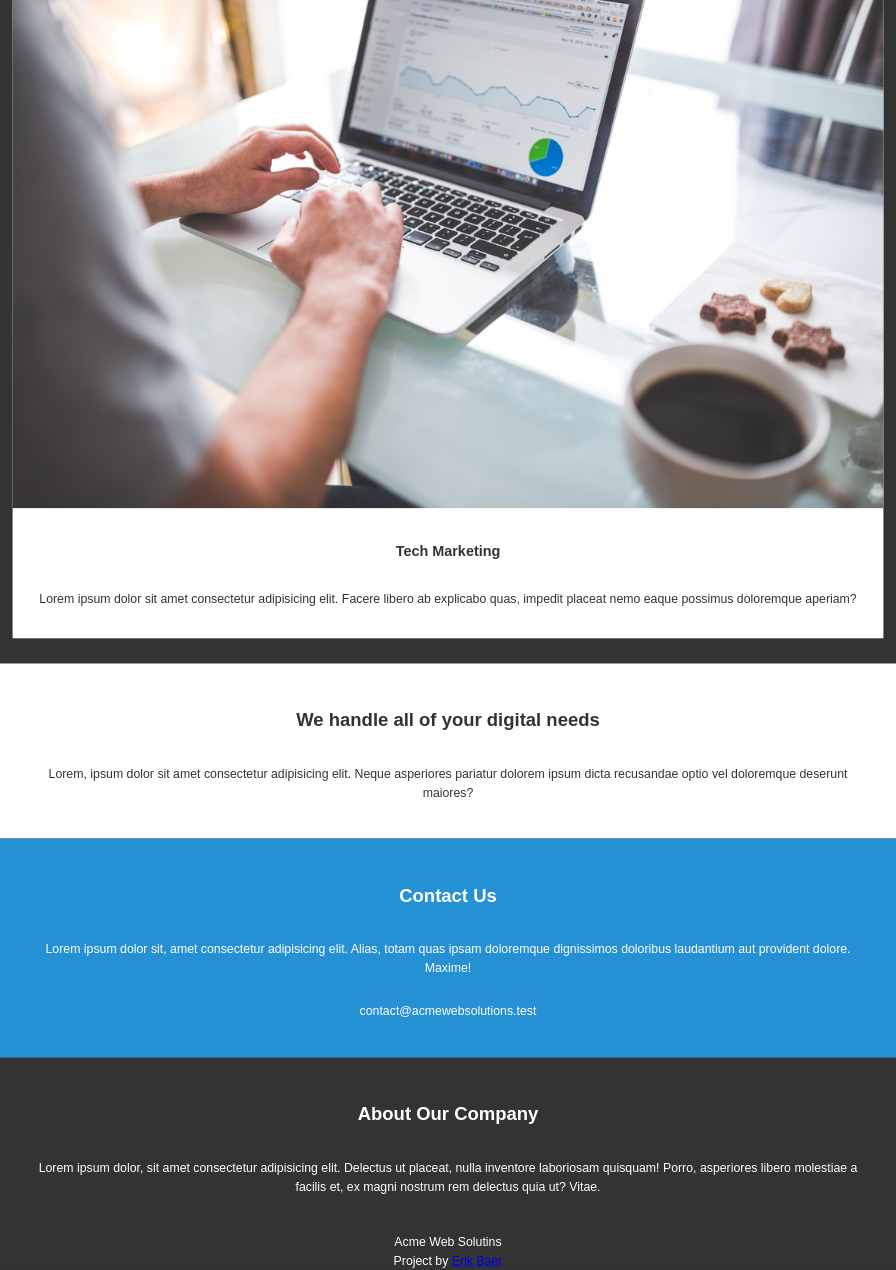
Repository: ErikBaer/MobileFirst
Page: index.html
The author's editor kept a copy of each file at every save. The page is drawn from the files as they stood at one save, then again after the next save.
The browser window is 1280 px wide. The pictures show the part of the page from y = 2867 to 4787 px (the page is 4681 px tall before and 4787 px after), at 70% of full size.

Above is the page before, as saved 2020-02-15 03:20:29.

### index.html
<!DOCTYPE html>
<html lang="en">
<head>
    <meta charset="UTF-8">
    <meta name="viewport" content="width=device-width, initial-scale=1.0">
    <link rel="stylesheet" type="text/css" href="style.css">
    <title>Acme Web Solutions</title>
</head>
<body>
    <!--Header Showcase -->
   <header id="showcase" class="grid">
    <div class="bg-image"></div>
    <div class="content-wrap">
    <h1>Welcome to Acme Web Solutions</h1>
    <p>Lorem ipsum, dolor sit amet consectetur adipisicing elit.
         Consequuntur voluptas sed, rerum voluptatibus facilis
         earum consectetur repellendus? Natus, consequuntur cum!
        </p>
    <a href="#section-b" class="btn">Read More</a>
    </div>
</header>

<!-- Main Area -->

<main id="main">

    <!-- Section A -->

    <section id="section-a" class="grid">
        <div class="content-wrap">
            <h2 class="content-title">Web & Application Development</h2>
            <p>Lorem ipsum dolor sit amet consectetur, adipisicing elit.
                Distinctio, unde, natus excepturi illum maxime animi
                voluptatum tempore, aperiam voluptate sapiente enim quod
                 eligendi illo accusamus vel adipisci? Quos minus eius
                 perspiciatis ut, aliquam quidem ullam minima illo
                 repellendus earum quae.</p>
        </div>
    </section>

    <!-- Section B -->

    <section id="section-b" class="grid">
        <ul>
            <li>
                <div class="card">
                    <img src="./Assets/Coding-Person.jpg" alt="">
                    <div class="card-content">
                        <h3 class="card-title">web Development</h3>
                        <p>Lorem ipsum dolor sit amet consectetur
                            adipisicing elit. Facere libero ab explicabo
                            quas, impedit placeat nemo eaque possimus
                            doloremque aperiam?</p>
                    </div>
                </div>
            </li>
            <li>
                <div class="card">
                    <img src="./Assets/mobile-man.jpg" alt="">
                    <div class="card-content">
                        <h3 class="card-title">Mobile Applications</h3>
                        <p>Lorem ipsum dolor sit amet consectetur
                            adipisicing elit. Facere libero ab explicabo
                            quas, impedit placeat nemo eaque possimus
                            doloremque aperiam?</p>
                    </div>
                </div>
            </li>
            <li>
                <div class="card">
                    <img src="./Assets/charts.jpg" alt="">
                    <div class="card-content">
                        <h3 class="card-title">Tech Marketing</h3>
                        <p>Lorem ipsum dolor sit amet consectetur
                            adipisicing elit. Facere libero ab explicabo
                            quas, impedit placeat nemo eaque possimus
                            doloremque aperiam?</p>
                    </div>
                </div>
            </li>
        </ul>
    </section>

    <!-- Section C -->
    <section id="section-c" class="grid">
        <div class="content-wrap">
            <h2 class="content-title"> We handle all of your digital needs</h2>
            <p>Lorem, ipsum dolor sit amet consectetur adipisicing elit.
                Neque asperiores pariatur dolorem ipsum dicta recusandae
                 optio vel doloremque deserunt maiores?</p>
        </div>
    </section>

    <!-- Section D -->

    <section id="section-d" class="grid">
        <div class="box">
            <h2 class="content-title">Contact Us</h2>
            <p>Lorem ipsum dolor sit, amet consectetur adipisicing elit.
                 Alias, totam quas ipsam doloremque dignissimos doloribus
                 laudantium aut provident dolore. Maxime!</p>
            <p>contact@acmewebsolutions.test</p>
        </div>
        <div class="box">
            <h2 class="content-title">About Our Company</h2>
            <p>Lorem ipsum dolor, sit amet consectetur adipisicing elit.
                Delectus ut placeat, nulla inventore laboriosam quisquam!
                Porro, asperiores libero molestiae a facilis et, ex magni
                 nostrum rem delectus quia ut? Vitae.</p>
        </div>
    </section>
</main>

<!-- Footer -->

<footer id="main-footer" class="grid">
    <div>Acme Web Solutins</div>
    <div>Project by <a href="www.baerdata.de" target="blank">Erik Baer</a></div>
</footer>

</body>
</html>

### style.css
body {
    margin: 0;
    font-family: Arial, Helvetica, sans-serif;
    background-color: #333;
    color: white;
    font-size:1.1em;
    line-height: 1.5;
    text-align: center;
}

img {
    display:block;
    width:100%;
    height: auto;
}

h1, h2, h3 {
    margin:0;
    padding: 1em 0;
}

p {
    margin: 0;
    padding: 1em 0;
}

.btn {
    display: inline-block;
    background: 333;
    color: white;
    text-decoration: none;
    padding: 1em 2em;
    border: 1px solid #666;
    margin: .5em 0
}

.btn:hover {
  background: #eaeaea;
  color: #333;
}

/* Header Showcase */

#showcase {
    min-height: 450px;
    color: #fff;
    text-align: center;
}

#showcase .bg-image {
    position: absolute;
    background: #333 url(/Assets/code.jpg);
    background-position: center;
    background-repeat: no-repeat;
    background-size: cover;
    width: 100%;
    height: 450px;
    z-index: -1;
    opacity: 0.4;
}

#showcase h1 {
    padding-top: 100px;
    padding-bottom: 0;
}

#showcase .content-wrap,
#section-a .content-wrap {
    padding: 0 1.5em;
}


/* Section A */

#section-a {
    background: #eaeaea;
    color: #333;
    padding-bottom: 2em;
}


/* Section B */

#section-b {
    padding: 2em 1em 1em;
}

#section-b ul {
    list-style:none;
    margin:0;
    padding:0;
}

#section-b li {
    margin-bottom: 1em;
    background: #fff;
    color: #333;

}

.card-content {
    padding: 1.5em;
}

/* Section c */

#section-c {
    background: #fff;
    color: #333;
    padding: 2em;
}

/* Section D / Boxes */

#section-d .box {
    padding: 2em;
    color: #fff;
}

#section-d .box:first-child {
    background: #2690d4;
}

After the next save:
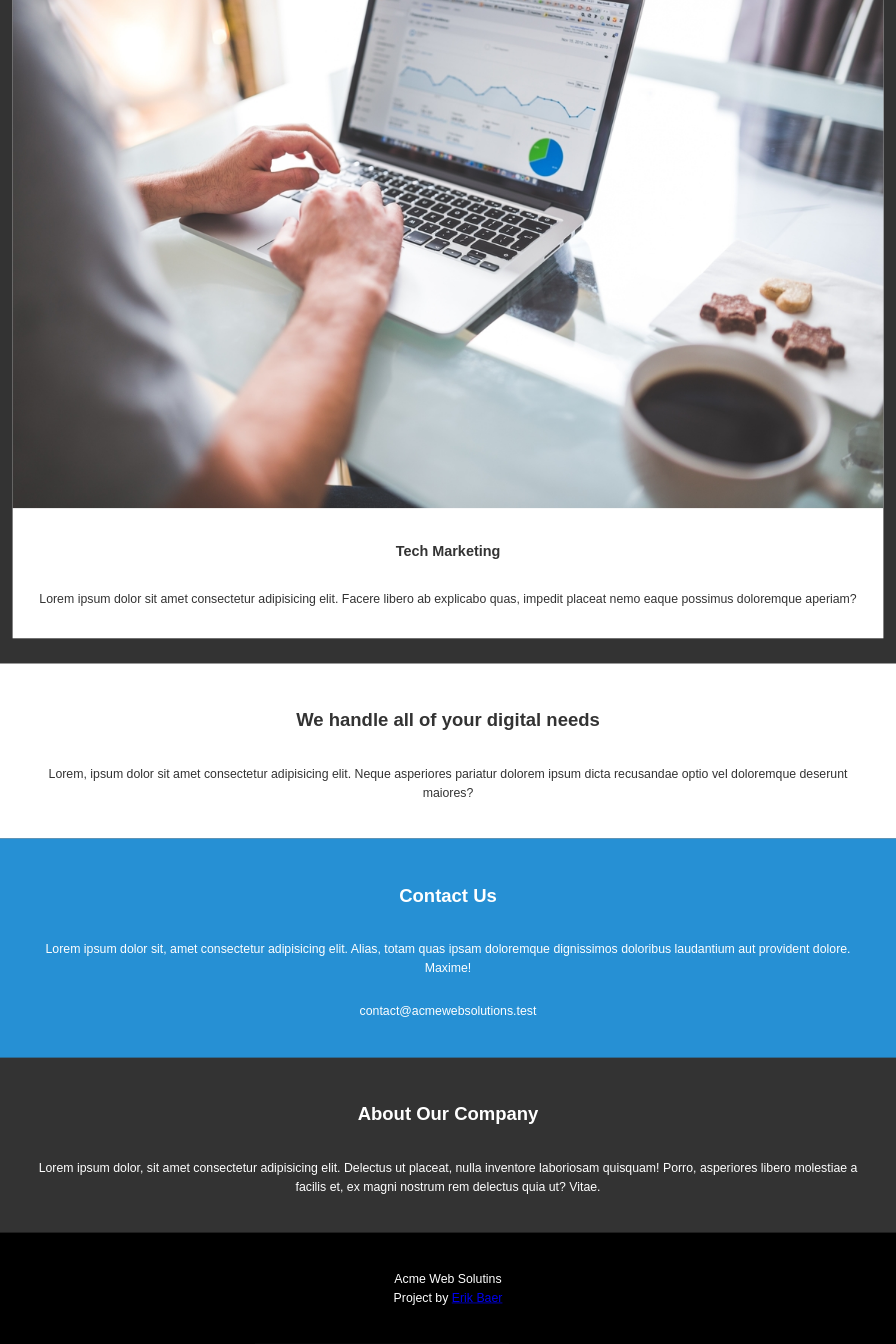
Saved 79 s later.
--- a/style.css
+++ b/style.css
@@ -120,3 +120,12 @@ p {
 #section-d .box:first-child {
     background: #2690d4;
 }
+
+/* Footer */
+
+#main-footer {
+    padding: 3em;
+    background: #000;
+    color: white;
+    text-align: center;
+}
